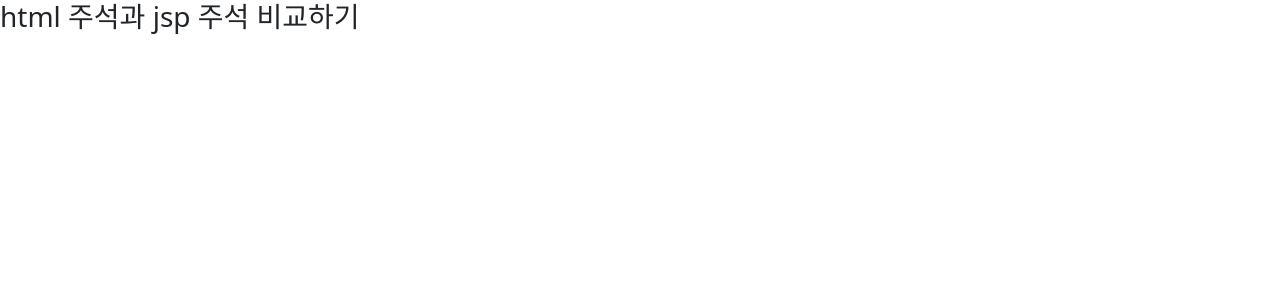
Repository: hyuck9409/newnaver0314
Page: http://localhost/StartWebProject/ex1_hello.jsp
These files come from the project's save history. The page is drawn as it stood at one moment and after the next save; the edit follows.
The browser window is 1280 px wide. The pictures show the whole page.
The page is served by Tomcat 9.

Above is the page before, as saved 2024-04-25 05:29:20.

### naver0314devops11/javawork/StartWebProject/src/main/webapp/ex1_hello.jsp
<%@ page language="java" contentType="text/html; charset=UTF-8"
    pageEncoding="UTF-8"%>
<!DOCTYPE html>
<html>
<head>
<meta charset="UTF-8">
<title>Insert title here</title>
<link href="https://cdn.jsdelivr.net/npm/bootstrap@5.3.3/dist/css/bootstrap.min.css" rel="stylesheet">
<script src="https://cdn.jsdelivr.net/npm/bootstrap@5.3.3/dist/js/bootstrap.bundle.min.js"></script>
<link rel="stylesheet" href="https://cdn.jsdelivr.net/npm/bootstrap-icons@1.8.0/font/bootstrap-icons.css">
<script src="https://code.jquery.com/jquery-3.7.0.js"></script>
<style>

</style>
</head>
<body>
<h3>html 주석과 jsp 주석 비교하기</h3>
<!-- html 주석입니다 -->
<%--jsp 주석입니다 --%>

</body>
</html>

After the next save:
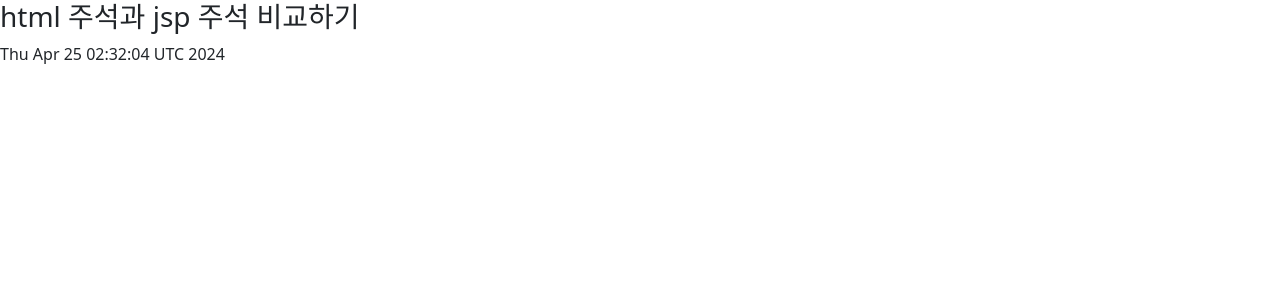
Saved 4 min 10 s later.
--- a/naver0314devops11/javawork/StartWebProject/src/main/webapp/ex1_hello.jsp
+++ b/naver0314devops11/javawork/StartWebProject/src/main/webapp/ex1_hello.jsp
@@ -1,3 +1,4 @@
+<%@page import="java.util.Date" %>
 <%@ page language="java" contentType="text/html; charset=UTF-8"
     pageEncoding="UTF-8"%>
 <!DOCTYPE html>
@@ -17,6 +18,6 @@
 <h3>html 주석과 jsp 주석 비교하기</h3>
 <!-- html 주석입니다 -->
 <%--jsp 주석입니다 --%>
-
+<%=new Date()%>
 </body>
 </html>
